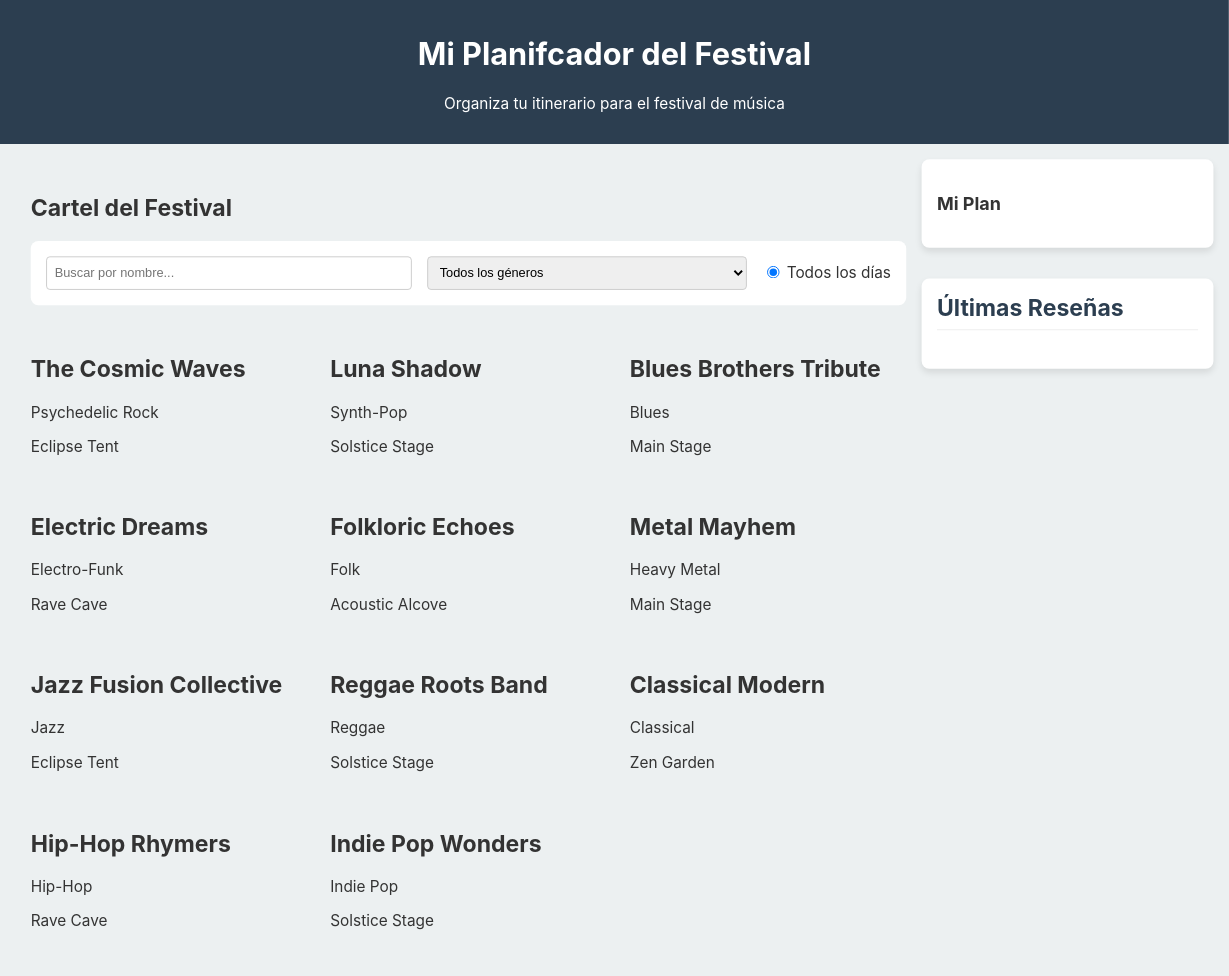
Repository: covaa15/DWEC
Page: Examen12_12_2025/index.html
The author's editor kept a copy of each file at every save. The page is drawn from the files as they stood at one save, then again after the next save.
The browser window is 1280 px wide. The pictures show the whole page, at 96% of full size.

Above is the page before, as saved 2025-12-12 11:59:46.

After the next save:
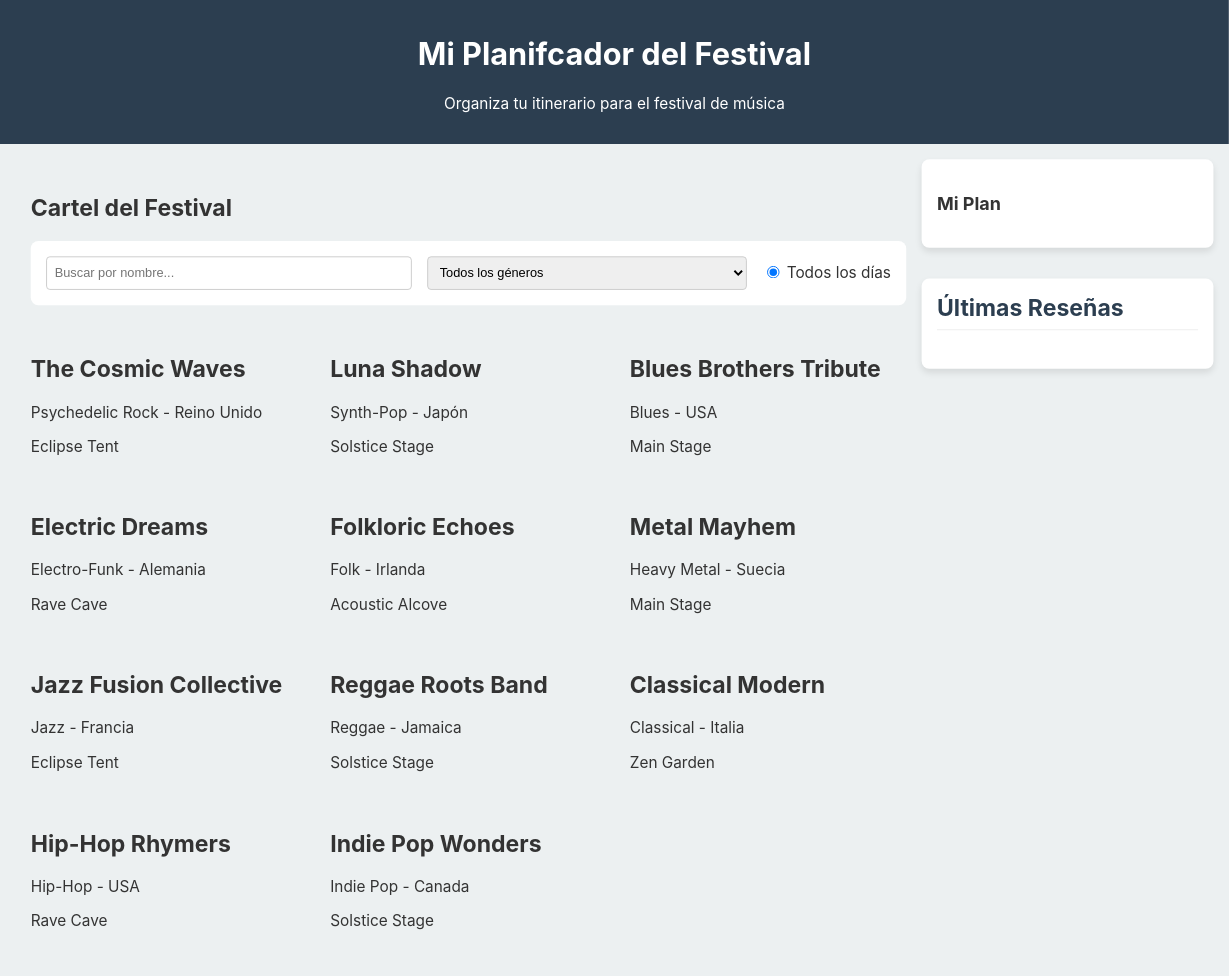
Saved 73 s later.
--- a/Examen12_12_2025/js/main.js
+++ b/Examen12_12_2025/js/main.js
@@ -52,7 +52,7 @@ function mostrarArtistas(artistas) {
         let horario=obtenerHorario(artista.id);
         card.innerHTML = `
         <h2>${artista.nombre}</h2>
-        <p>${artista.genero}</p>
+        <p>${artista.genero} - ${artista.pais}</p>
         <p> ${escenario}</p>
 
        `
